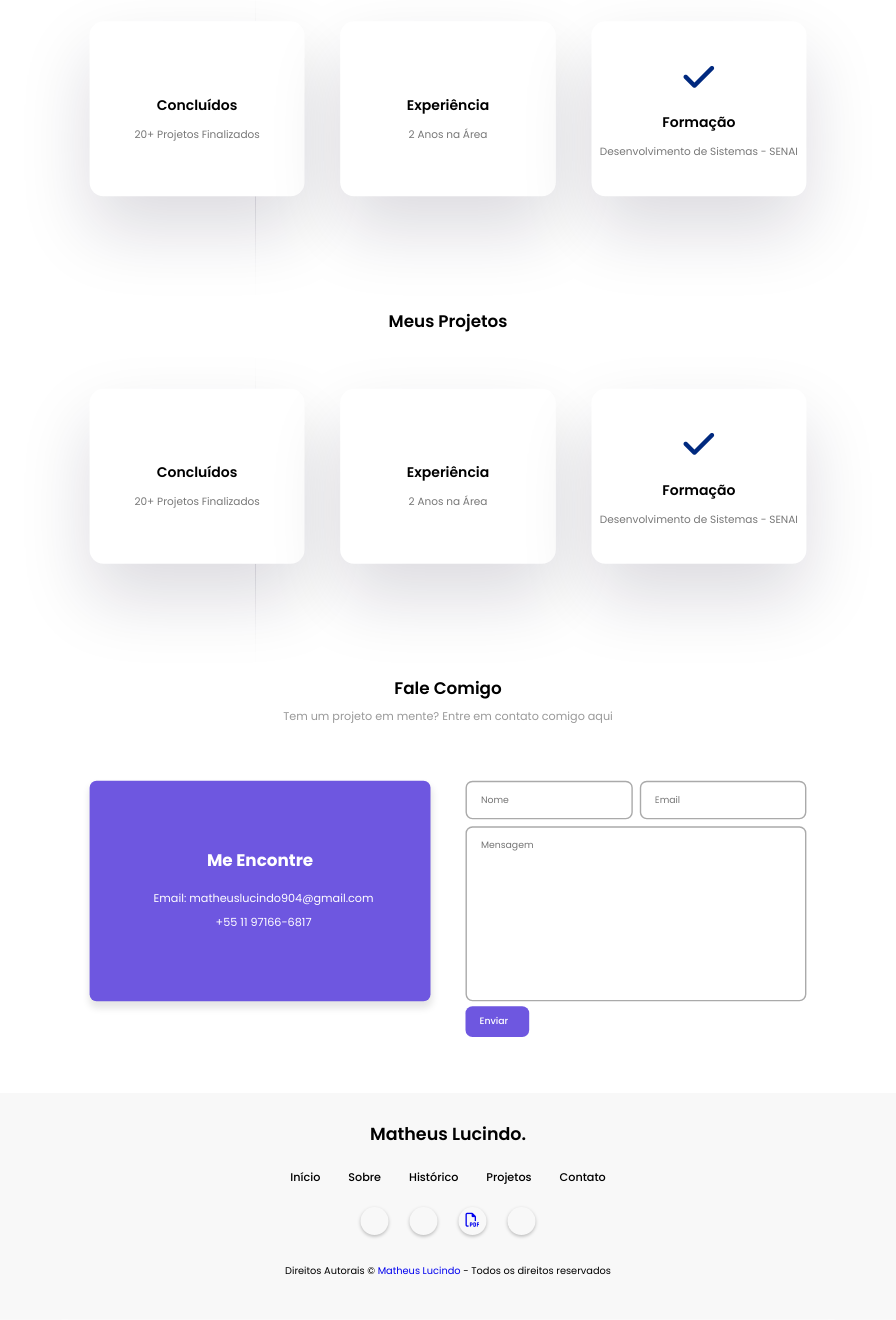
Repository: Matheus904-12/Potif-lioPremium
Page: index.html
The author's editor kept a copy of each file at every save. The page is drawn from the files as they stood at one save, then again after the next save.
The browser window is 1280 px wide. The pictures show the part of the page from y = 1489 to 3409 px (the page is 3374 px tall before and 3409 px after), at 70% of full size.
Some icons come from a web library that is not loaded, so they are not drawn. Some web libraries are served in a nearby version.

Above is the page before, as saved 2025-02-02 15:07:35.

### index.html
<!DOCTYPE html>
<html lang="pt-br">

<head>
    <meta charset="UTF-8">
    <meta name="viewport" content="width=device-width, initial-scale=1.0">

    <!-- UNICONS -->
    <link rel="stylesheet" href="https://unicons.iconscout.com/release/v4.0.8/css/line.css">
    <!-- CSS -->
    <link rel="stylesheet" href="/CSS/style.css">
    <!-- Add favicon -->
    <link rel="shortcut icon" href="IMAGE/eu4.png" type="image/x-icon">
    <link rel='stylesheet' href='https://cdn-uicons.flaticon.com/2.6.0/uicons-bold-rounded/css/uicons-bold-rounded.css'>
    <script src="https://kit.fontawesome.com/fd29053194.js" crossorigin="anonymous"></script>

    <title>Portfolio | Matheus Lucindo</title>
</head>

<body>
    <div class="container">
        <!-- --------------- CABEÇALHO --------------- -->
        <nav id="header">
            <div class="nav-logo">
                <p class="nav-name">Lucindo</p>
                <span>.</span>
            </div>
            <div class="nav-menu" id="myNavMenu">
                <ul class="nav_menu_list">
                    <li class="nav_list">
                        <a href="#home" class="nav-link active-link">Início</a>
                        <div class="circle"></div>
                    </li>
                    <li class="nav_list">
                        <a href="#about" class="nav-link">Sobre</a>
                        <div class="circle"></div>
                    </li>
                    <li class="nav_list">
                        <a href="#history" class="nav-link">Histórico</a>
                        <div class="circle"></div>
                    </li>
                    <li class="nav_list">
                        <a href="#projects" class="nav-link">Projetos</a>
                        <div class="circle"></div>
                    </li>
                    <li class="nav_list">
                        <a href="#contact" class="nav-link">Contato</a>
                        <div class="circle"></div>
                    </li>
                </ul>
            </div>
            <div class="nav-menu-btn">
                <i class="fi fi-br-bars-staggered" onclick="myMenuFunction()"></i>
            </div>
        </nav>


        <!-- -------------- PRINCIPAL ---------------- -->
        <main class="wrapper">
            <!-- -------------- DESTAQUE ---------------- -->
            <section class="featured-box" id="home">
                <div class="featured-text">
                    <div class="featured-text-card">
                        <span>Matheus Lucindo</span>
                    </div>
                    <div class="featured-name">
                        <p>Eu sou <span class="typedText"></span></p>
                    </div>
                    <div class="featured-text-info">
                        <p>Desenvolvedor Web especializado na criação de sites e aplicações modernas, focado em
                            performance, design responsivo e usabilidade.
                        </p>
                    </div>
                    <div class="social_icons">
                        <a href="https://www.instagram.com/matheus_lucindo/" target="_blank" class="icon"><i
                                class="uil uil-instagram"></i></a>
                        <a href="https://www.linkedin.com/in/matheus-lucindo-b35b68190/" target="_blank" class="icon"><i
                                class="uil uil-linkedin-alt"></i></a>
                        <a href="/PDF/CV de Matheus Lucindo dos Santos.pdf"
                            download="Currículo de Matheus Lucindo dos Santos.pdf" class="icon"
                            title="Baixar Currículo">
                            <i class="fa-regular fa-file-pdf" style="color: #6e57e0;"></i></a>
                        <a href="https://github.com/Matheus904-12" target="_blank" class="icon"><i
                                class="uil uil-github-alt"></i></a>

                    </div>
                </div>
                <div class="featured-image">
                    <div class="image">
                        <img src="/IMAGE/eu.png" alt="avatar">
                    </div>
                </div>
                <div class="scroll-icon-box">
                    <a href="#about" class="scroll-btn">
                        <i class="uil uil-mouse-alt"></i>
                        <p>Role para baixo</p>
                    </a>
                </div>

            </section>
            <!-- -------------- SOBRE ---------------- -->
            <section class="section" id="about">
                <div class="top-header">
                    <h1>Sobre Mim</h1>
                </div>
                <div class="row">
                    <div class="col">
                        <div class="about-info">
                            <h3>Minha Introdução</h3>
                            <p>
                            <p>Sou um Desenvolvedor Web apaixonado por transformar ideias em experiências digitais
                                fluidas e eficientes. Atualmente, curso um tecnólogo em Análise e Desenvolvimento de
                                Sistemas e sou formado pelo SENAI no curso técnico de Desenvolvimento de Sistemas. Com 2
                                anos de experiência, trabalho com HTML, CSS, JavaScript, React e outras tecnologias para
                                criar soluções web funcionais e de alto desempenho.</p>
                            </p>

                        </div>
                    </div>
                    <div class="col">
                        <div class="skills-box">
                            <div class="skills-header">
                                <h3>FrontEnd</h3>
                            </div>
                            <div class="skills-list">
                                <span>HTML</span>
                                <span>CSS</span>
                                <span>JavaScript</span>
                            </div>
                        </div>
                        <div class="skills-box">
                            <div class="skills-header">
                                <h3>BackEnd</h3>
                            </div>
                            <div class="skills-list">
                                <span>PHP</span>
                                <span>Node.JS</span>
                                <span>APIs</span>
                            </div>
                        </div>
                        <div class="skills-box">
                            <div class="skills-header">
                                <h3>Database</h3>
                            </div>
                            <div class="skills-list">
                                <span>MySQL</span>
                                <span>Cloud Firestore</span>
                            </div>
                        </div>
                    </div>
                </div>
            </section>

            <!-- -------------- Meu Histórico ---------------- -->

            <section class="section" id="history">
                <div class="top-header">
                    <h1>Histórico</h1>
                </div>
                <div class="project-container">
                    <div class="project-box">
                        <i class="uil uil-briefcase-alt"></i>
                        <h3>Concluídos</h3>
                        <label>20+ Projetos Finalizados</label>
                    </div>
                    <div class="project-box">
                        <i class="uil uil-award"></i>
                        <h3>Experiência</h3>
                        <label>2 Anos na Área</label>
                    </div>
                    <div class="project-box">
                        <i class="fa-solid fa-check"></i>
                        <h3>Formação</h3>
                        <label>Desenvolvimento de Sistemas - SENAI</label>
                    </div>
                </div>
            </section>

            <!-- -------------- Projeto ---------------- -->

            <section class="section" id="projects">
                <div class="top-header">
                    <h1>Meus Projetos</h1>
                </div>
                <div class="project-container">
                    <div class="project-box">
                        <i class="uil uil-briefcase-alt"></i>
                        <h3>Concluídos</h3>
                        <label>20+ Projetos Finalizados</label>
                    </div>
                    <div class="project-box">
                        <i class="uil uil-award"></i>
                        <h3>Experiência</h3>
                        <label>2 Anos na Área</label>
                    </div>
                    <div class="project-box">
                        <i class="fa-solid fa-check"></i>
                        <h3>Formação</h3>
                        <label>Desenvolvimento de Sistemas - SENAI</label>
                    </div>
                </div>
            </section>

            <!-- -------------- CONTATO ---------------- -->

            <section class="section" id="contact">
                <div class="top-header">
                    <h1>Fale Comigo</h1>
                    <span>Tem um projeto em mente? Entre em contato comigo aqui</span>
                </div>
                <div class="row">
                    <div class="col">
                        <div class="contact-info">
                            <h2>Me Encontre <i class="uil uil-corner-right-down"></i></h2>
                            <p><i class="uil uil-envelope"></i> Email: matheuslucindo904@gmail.com</p>
                            <p><i class="uil uil-phone"></i> +55 11 97166-6817</p>
                        </div>
                    </div>
                    <div class="col">
                        <div class="form-control">
                            <form id="contactForm" action="https://api.web3forms.com/submit" method="POST">
                                <!-- Web3Forms Access Key -->
                                <input type="hidden" name="access_key" value="6fcc2d3d-5e0e-45d1-8796-744e52a1c64b" />
                                <!-- Redirecionamento desabilitado -->
                                <input type="hidden" name="redirect" value="">

                                <div class="form-inputs">
                                    <input type="text" name="name" class="input-field" placeholder="Nome" required />
                                    <input type="email" name="email" class="input-field" placeholder="Email" required />
                                </div>
                                <div class="text-area">
                                    <textarea name="message" placeholder="Mensagem" required></textarea>
                                </div>
                                <div class="form-button">
                                    <button type="submit" class="btn" id="submitButton">
                                        Enviar <i class="uil uil-message"></i>
                                    </button>
                                </div>
                                <p id="responseMessage" class="hidden"></p>
                            </form>
                        </div>
                    </div>
                </div>
            </section>


        </main>


        <!-- --------------- RODAPÉ --------------- -->
        <footer>
            <div class="top-footer">
                <p>Matheus Lucindo.</p>
            </div>
            <div class="middle-footer">
                <ul class="footer-menu">
                    <li class="footer_menu_list">
                        <a href="#home">Início</a>
                    </li>
                    <li class="footer_menu_list">
                        <a href="#about">Sobre</a>
                    </li>
                    <li class="footer_menu_list">
                        <a href="#history">Histórico</a>
                    </li>
                    <li class="footer_menu_list">
                        <a href="#projects">Projetos</a>
                    </li>
                    <li class="footer_menu_list">
                        <a href="#contact">Contato</a>
                    </li>
                </ul>
            </div>
            <div class="footer-social-icons">
                <div class="icon"><a href="https://www.instagram.com/matheus_lucindo/" target="_blank"><i
                            class="uil uil-instagram"></i></a></div>
                <div class="icon"><a href="https://www.linkedin.com/in/matheus-lucindo-b35b68190/" target="_blank"><i
                            class="uil uil-linkedin-alt"></i></a></div>
                <div class="icon"><a href="/PDF/CV de Matheus Lucindo dos Santos.pdf"
                        download="Currículo de Matheus Lucindo dos Santos.pdf" title="Baixar Currículo">
                        <i class="fa-regular fa-file-pdf"></i></a></div>
                <div class="icon"><a href="https://github.com/Matheus904-12" target="_blank"><i
                            class="uil uil-github-alt"></i></a></div>

            </div>
            <div class="bottom-footer">
                <p>Direitos Autorais &copy; <a href="#home" style="text-decoration: none;">Matheus Lucindo</a> - Todos
                    os direitos
                    reservados
                </p>
            </div>
        </footer>

    </div>

    <!-- ----- TYPING JS Link ----- -->
    <script src="https://unpkg.com/typed.js@2.0.16/dist/typed.umd.js"></script>

    <!-- ----- SCROLL REVEAL JS Link ----- -->
    <script src="https://unpkg.com/scrollreveal"></script>

    <!-- ----- JS ----- -->
    <script src="/JS/script.js"></script>
    <script src="/JS/enviar.js"></script>
</body>

</html>

Loaded but not shown: JS/script.js (117 lines, source omitted); JS/enviar.js (39 lines, source omitted); CSS/style.css (839 lines, source omitted)

After the next save:
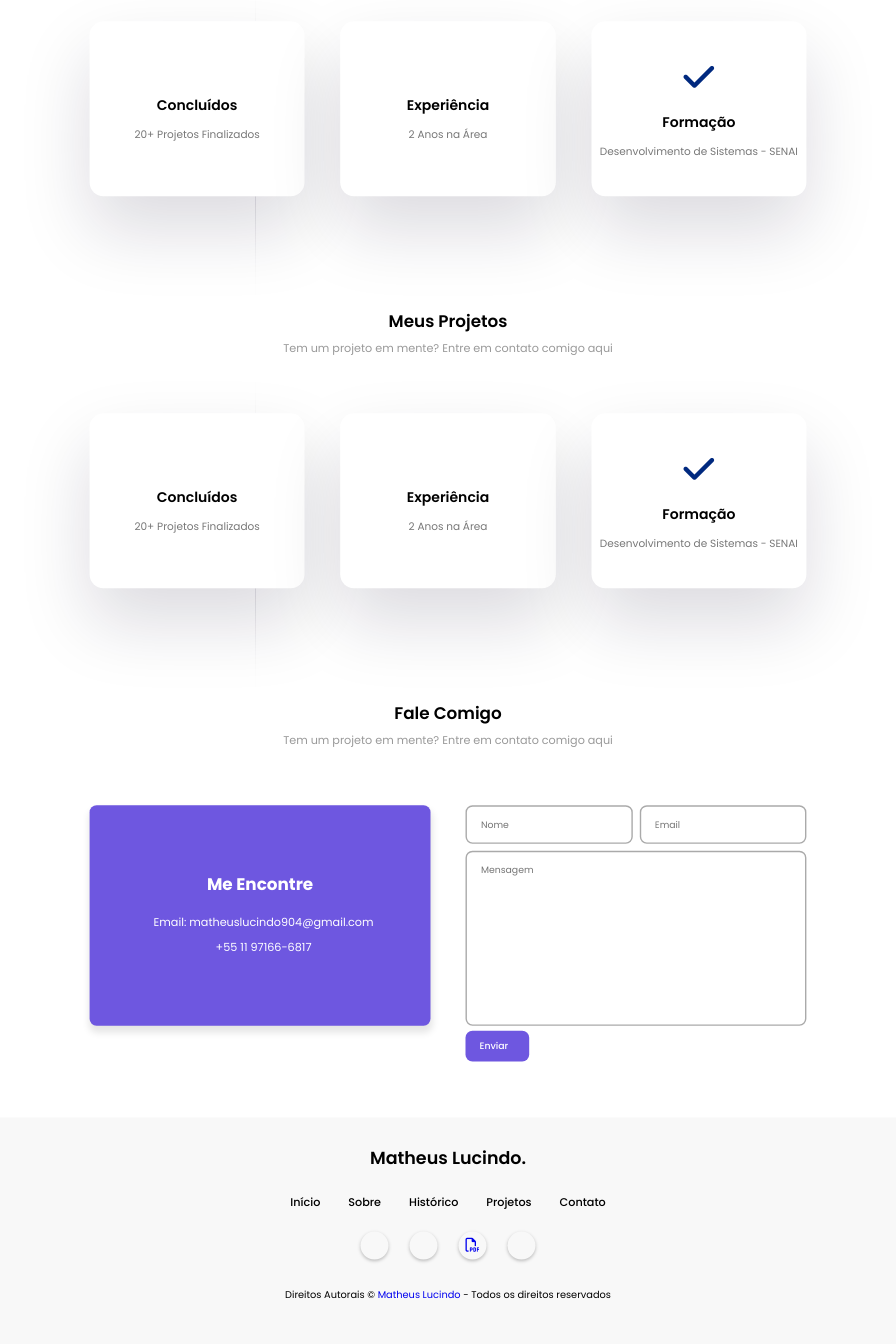
Saved 30 s later.
--- a/index.html
+++ b/index.html
@@ -181,6 +181,7 @@
             <section class="section" id="projects">
                 <div class="top-header">
                     <h1>Meus Projetos</h1>
+                    <span>Tem um projeto em mente? Entre em contato comigo aqui</span>
                 </div>
                 <div class="project-container">
                     <div class="project-box">
